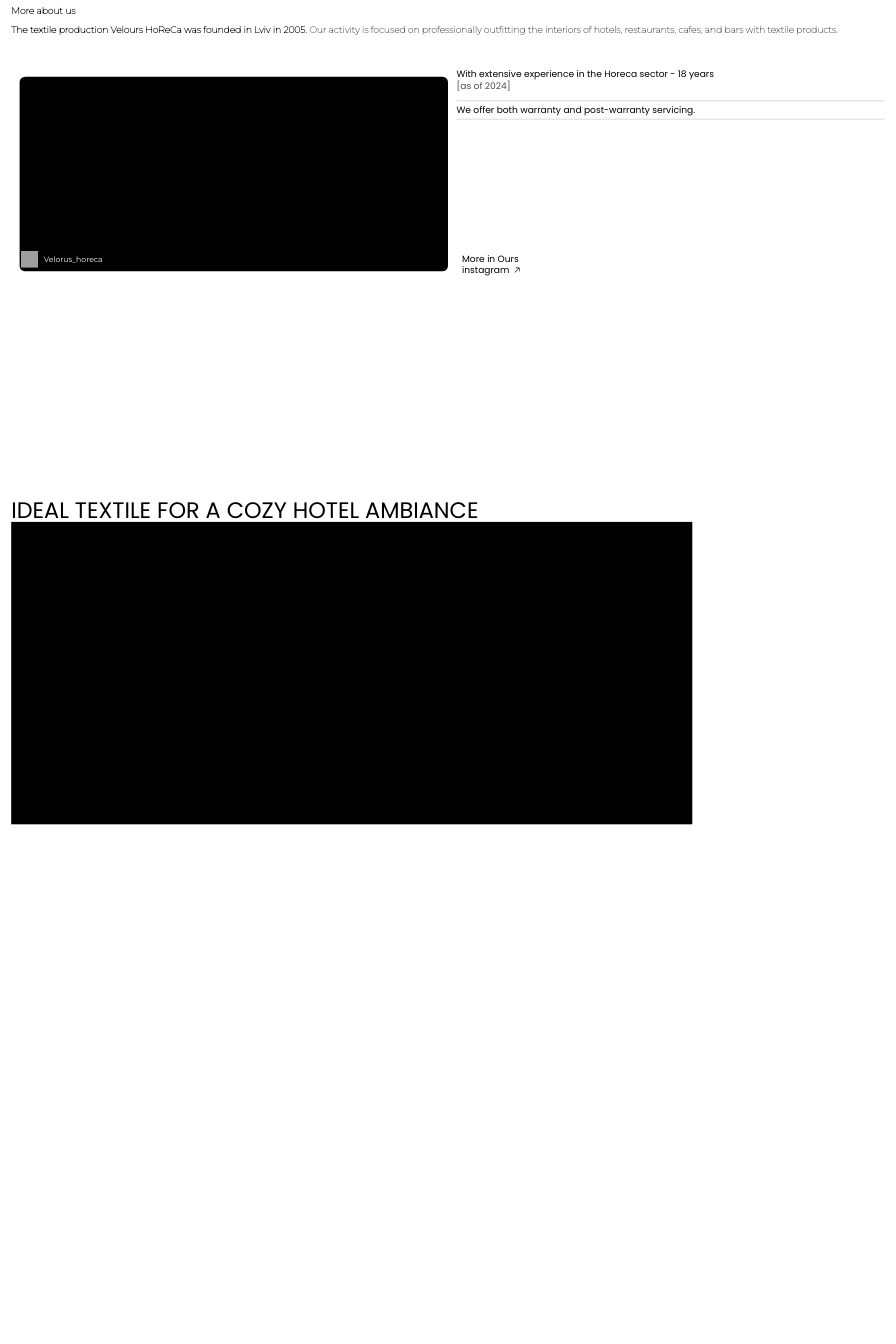
Repository: nikhilsinghrathore1/Shery_02
Page: /
The author's editor kept a copy of each file at every save. The page is drawn from the files as they stood at one save, then again after the next save.
The browser window is 1280 px wide. The pictures show the part of the page from y = 3082 to 5002 px (the page is 5544 px tall), at 70% of full size.
Pictures or frames that could not be fetched are drawn as grey boxes. The project was rebuilt for these pictures with package versions that can differ from the ones it lists, and the page was loaded fresh each time. Also part of the build but not shown: vite.config.js.

Above is the page before, as saved 2024-07-18 03:08:28.

### src/App.jsx
import { useState } from 'react'
import reactLogo from './assets/react.svg'
import viteLogo from '/vite.svg'
import './App.css'
import Landing from './pages/Landing'

function App() {
  const [count, setCount] = useState(0)

  return (
    <>
      <Landing/>
    </>
  )
}

export default App

### src/App.css
@font-face {
  font-family: font1;
  src: url("../public/6624dc4c3f39ffabcd0dc162_Montserrat-VariableFont_wght.ttf");
}
@font-face {
  font-family: font2;
  src: url("../public/CircularXXWeb-Book\ \(1\).ttf");
}
@font-face {
  font-family: font3;
  src: url("../public/JTUQjIg1_i6t8kCHKm459WxRyS7m0dR9pA.ttf");
}
@font-face {
  font-family: font4;
  src: url("../public/JTUSjIg1_i6t8kCHKm459WlhyyTh89Y.ttf");
}
@font-face {
  font-family: font5;
  src: url("../public/pxiEyp8kv8JHgFVrJJfecnFHGPc.ttf");
}

.f1{
  font-family: font1;
}
.f2{
  font-family: font2;
}
.f3{
  font-family: font3;
}
.f4{
  font-family: font4;
}
.f5{
  font-family: font5;
}

### src/pages/Landing.jsx
import React from 'react'
import MoreInsta from '../components/MoreInsta'
import Nav from '../components/Nav'
import SingleHero from '../components/SingleHero'
import VideoCont from '../components/VideoCont'

const Landing = () => {
  return (
    <div className='w-full overflow-hidden'>
               {/* this is the first image gallery part */}
               <div className='w-full h-[400vh] relative '>
               <Nav/>
               <SingleHero img={"https://cdn.prod.website-files.com/6613fb0aff6a7761bf9a817d/66267f01781250e3c4f8ed19_hero-01-p-1080.webp"} text={"hotel"}/>
               <SingleHero img={"https://cdn.prod.website-files.com/6613fb0aff6a7761bf9a817d/66267f00e43626f944ce0076_hero-02-p-1080.webp"} text={"restaurant"}/>
               <SingleHero img={"https://cdn.prod.website-files.com/6613fb0aff6a7761bf9a817d/66267f011d36d94902bbbcd3_hero-03-p-1080.webp"} text={"catering"}/>
               <SingleHero img={"https://cdn.prod.website-files.com/6613fb0aff6a7761bf9a817d/66267f0015a49ebd0cb05e50_hero-04-p-1080.webp"} text={"+automative"}/>
               </div>

               {/* this is the second text wala part  */}

               <div className='w-full  h-[120vh] px-4 pt-32 leading-[42px]'>
                              {/* this is the variable weight text */}
                              <div className='w-full f4 text-[32px] font-semibold text-black uppercase h-fit'>
                                             <p><span className='pl-44'>full</span> responsibility from project to implementation.</p>
                              </div>

                              <div className='f4 text-[13px] font-semibold mt-10 leading-none'>
                                             <p>More about us</p>
                                             <p className='mt-3 leading-[16px] font-semibold'>The textile production Velours HoReCa was founded in Lviv in 2005. <span className='opacity-60'>Our activity is focused on professionally outfitting the interiors of hotels, restaurants, cafes, and bars with textile products.</span></p>
                              </div>

                              <div className='w-full flex h-[50vh] mt-12 '>
                                             <div className='w-1/2 h-full flex justify-end pt-3'>
                                                            <VideoCont/>
                                             </div>
                                             <div className='w-1/2 h-full flex flex-col justify-between pl-3 pb-16 f5 font-light'>

                                                            <div className='w-full leading-[17px]  text-[13px]'>
                                                                           <p>With extensive experience in the Horeca sector - 18 years </p>
                                                                           <p className='opacity-70'>[as of 2024]</p>

                                                                           <div className='border-y-[1px] border-black/20 py-1 mt-3'>
                                                                                          <p>We offer both warranty and post-warranty servicing.</p>
                                                                           </div>
                                                            </div>

                                                            <div className='f4 pl-2'>
                                                                           <MoreInsta/>
                                                            </div>



                                             </div>
                              </div>
               </div>

               <div className='w-full h-[250vh] px-4 pt-12'>
               <div className=' uppercase text-[32px] w-[78%] leading-[35px] f5 font-light '>
                                             <p>ideal textile for a cozy hotel ambiance</p>

                                             <div className='w-full flex h-[60vh] bg-black'>

                                             </div>
                              </div>
               </div>


    </div>
  )
}

export default Landing

### src/components/MoreInsta.jsx
import React from 'react'
import { GoArrowUpRight } from "react-icons/go";

const MoreInsta = () => {
  return (
    <div className=' leading-[16px] text-[13px] text-black f5 font-light'>
               <p>More in Ours</p>
               <p className='flex items-center gap-1'>instagram <span><GoArrowUpRight/></span></p>
    </div>
  )
}

export default MoreInsta

### src/components/Nav.jsx
import React from 'react'

const Nav = () => {
  return (
    <div className='w-full h-[100vh]  fixed text-white flex flex-col justify-between z-40 top-0'>
        <div className=' flex items-center justify-center pt-7'>

               <div className='flex  flex-col items-center justify-center leading-[18px]'>
                              <h1 className='text-[24px] f1'>Velorus</h1>
                              <h2 className='text-[10px] f1 '>HoReCa</h2>
               </div>
        </div>

        {/* this is the menu bar kinda thingy */}
        <div className='w-full h-[10vh]  px-3  '>

          <div className='w-full h-[65%] bg-black rounded-md flex justify-between px-[2px]'>
            <div className='w-[18%] h-full bg-white flex items-center justify-center overflow-hidden rounded-md'>
              <img className='w-[90%] h-[90%] object-cover' src="https://cdn.prod.website-files.com/6613fb0aff6a7761bf9a817d/6624b9bbba2e8daa37ae2e54_download-img-02.webp" alt="not showing" />
            </div>

            <div className='w-[57%] h-full text-[13px] text-white leading-[16px] f2 flex items-center justify-center'>
              <p>Download our Brochour on services in the HoReCa industry</p>
            </div>


            <div className='w-[15%] h-full bg-white flex items-center justify-center overflow-hidden rounded-md'>
              <img className='w-[80%] h-[80%] object-cover' src="https://cdn.prod.website-files.com/6613fb0aff6a7761bf9a817d/6624bdfbd80898e1c3060de1_download-icon.webp" alt="not showing" />
            </div>
          </div>





        </div>

    </div>
  )
}

export default Nav

### src/components/SingleHero.jsx
import React from 'react'

const SingleHero = ({img , text}) => {
  return (
    <div className='w-full h-[100vh] relative'>
               <div className='absolute bg-black/10 flex items-center justify-center w-full h-full top-0'>
                              <h1 className='uppercase text-[44px] f4 font-bold tracking-wider text-white'>{text}</h1>
               </div>
               <img className='w-full h-full object-cover' src={img} alt="not showing" />
    </div>
  )
}

export default SingleHero

### src/components/VideoCont.jsx
import React from 'react'

const VideoCont = () => {
  return (
    <div className='w-[98%] h-[80%] bg-black rounded-lg pt-[3px] px-[2px] '>
               <div className='w-full h-[87%] overflow-hidden rounded-lg'>
                              <video autoPlay muted loop className='w-full h-full object-cover' src="https://s3.amazonaws.com/webflow-prod-assets/6613fb0aff6a7761bf9a817d/663bcfe77765a0f1702b036f_insta-3.mp4"></video>
               </div>
               <div className='w-full text-white text-[11px] f1 h-[13%] pt-1 flex items-center pb-[2px] gap-2'>
                              <img className='w-[24px] h-[24px] object-cover' src="https://cdn.prod.website-files.com/6613fb0aff6a7761bf9a817d/663bcbd3012e5e6821be914c_logo-horeca.png" alt="not showing" />
                              <p>Velorus_horeca</p>
               </div>
    </div>
  )
}

export default VideoCont

Loaded but not shown: index.html (common file); src/main.jsx (common file); src/index.css (common file); tailwind.config.js (common file)

After the next save:
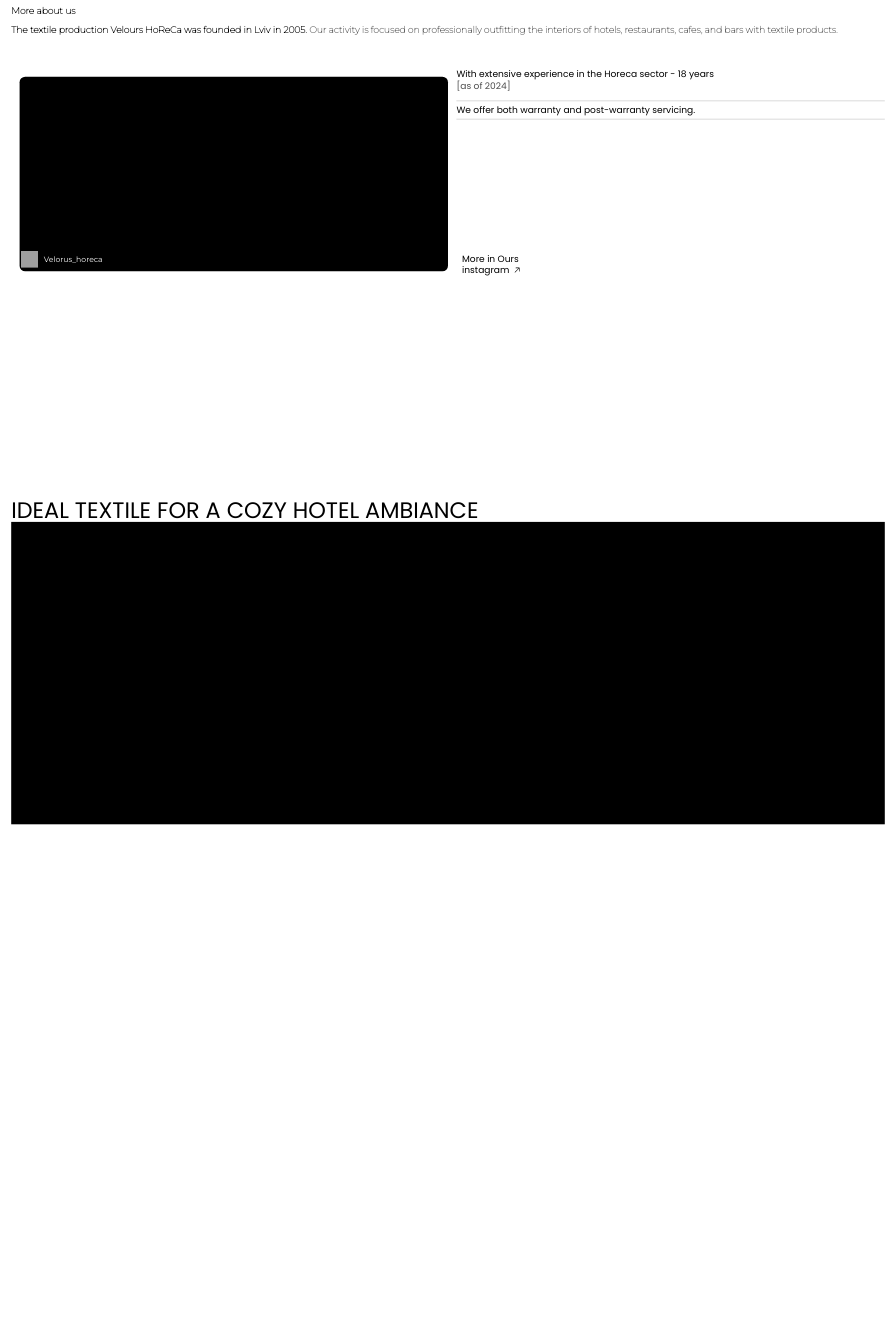
Saved 25 s later.
--- a/src/pages/Landing.jsx
+++ b/src/pages/Landing.jsx
@@ -55,8 +55,8 @@ const Landing = () => {
                </div>
 
                <div className='w-full h-[250vh] px-4 pt-12'>
-               <div className=' uppercase text-[32px] w-[78%] leading-[35px] f5 font-light '>
-                                             <p>ideal textile for a cozy hotel ambiance</p>
+               <div className=' uppercase text-[32px] w-full leading-[35px] f5 font-light '>
+                                             <p className='w-[78%]'>ideal textile for a cozy hotel ambiance</p>
 
                                              <div className='w-full flex h-[60vh] bg-black'>
 
